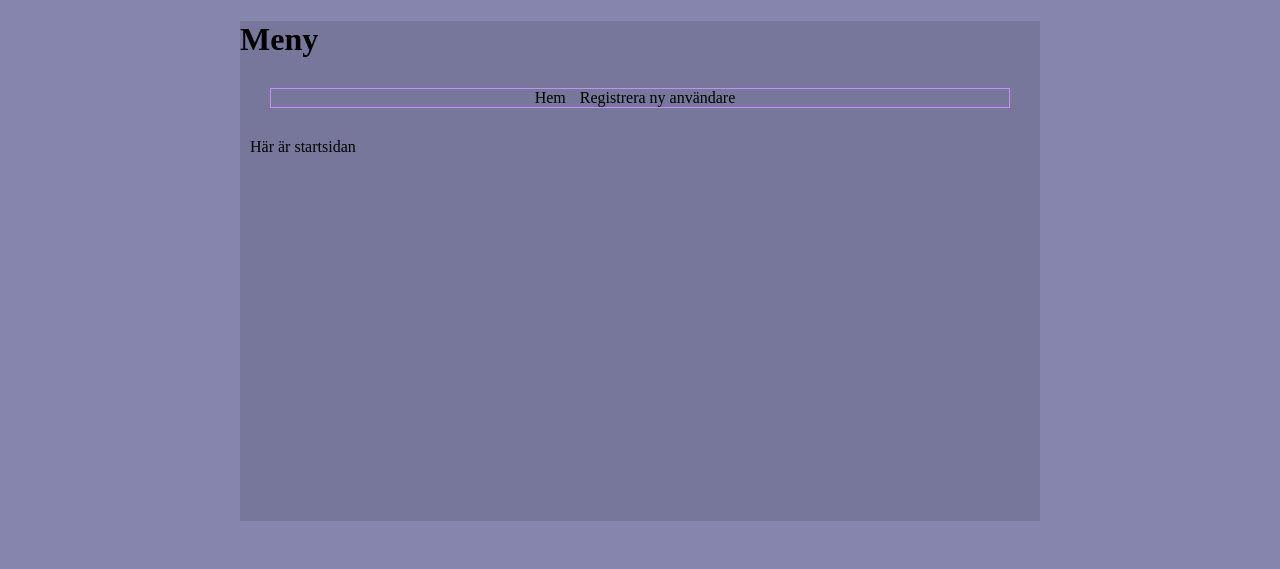
Repository: JuliaSivartsson/1DV404-jsigc09-laborationer
Page: Laboration3/Testfall2/index.html
The author's editor kept a record of every edit. The page is drawn from the files as they stood at one moment, then again after the next edit.
The browser window is 1280 px wide. The pictures show the whole page.

Above is the page before.

After the next edit:
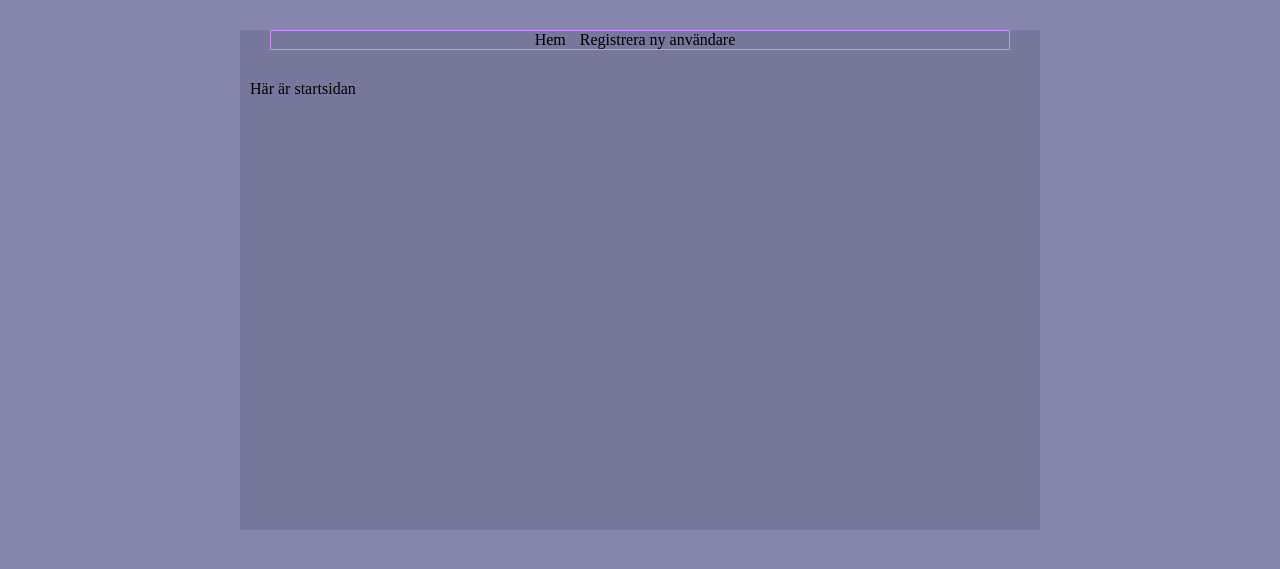
The edit:
--- a/Laboration3/Testfall2/index.html
+++ b/Laboration3/Testfall2/index.html
@@ -7,7 +7,6 @@
     </head>
     <body>
         <div id="content">
-            <h1>Meny</h1>
             <ul id="meny">
                 <li><a href="index.html">Hem</a></li>
                 <li><a href="reguser.html">Registrera ny användare</a></li>
